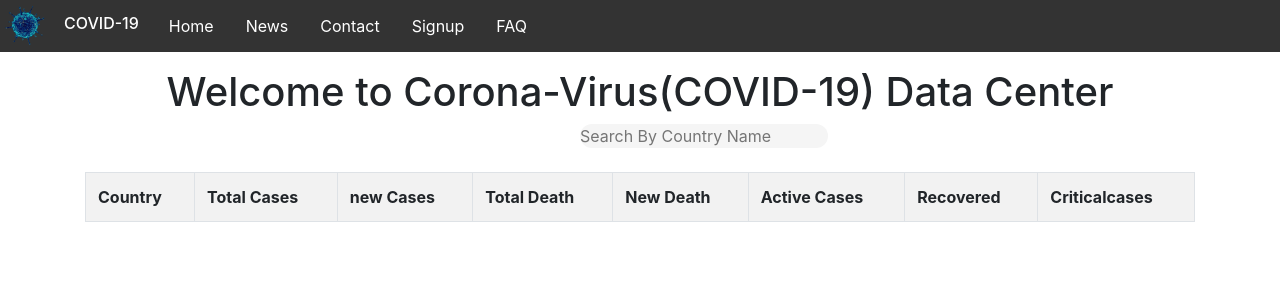
Repository: xthashankar/COVID-19-data-
Page: index.html
An editor plug-in stored every save of this project. The page is shown before and after the next save, followed by the edit.
The browser window is 1280 px wide. The pictures show the whole page.
The page's requests for data from a server got no answer.

Above is the page before, as saved 2020-04-15 19:17:24.

### index.html
<!DOCTYPE html>
<html lang="en">
<head>
    <meta charset="UTF-8">
    <meta name="viewport" content="width=device-width, initial-scale=1.0">
    <link rel="stylesheet" href="https://maxcdn.bootstrapcdn.com/bootstrap/4.4.1/css/bootstrap.min.css">
     <script src="https://ajax.googleapis.com/ajax/libs/jquery/3.4.1/jquery.min.js"></script>
     <script src="https://cdnjs.cloudflare.com/ajax/libs/popper.js/1.16.0/umd/popper.min.js"></script>
    <script src="https://maxcdn.bootstrapcdn.com/bootstrap/4.4.1/js/bootstrap.min.js"></script>
    <link rel="stylesheet" href="css/styles.css">
    <title>Document</title>
</head>
<body>
   <ul>
        <ul class="nav">
            <img src="image/coronavirus.png">
             <H6>COVID-19</H6>
            <li><a  href="#">Home</a></li>
            <li><a href="#">News</a></li>
            <li><a href="#">Contact</a></li>
            <li><a href="#">Signup</a></li>
            <div class="dropdown">
                <button class="dropbtn">FAQ
                </button>
                <div class="dropdown-content">
                  <a href="qa.html">English</a>
                  <a href="nqa.html">Nepali</a>
                </div>
            </div>
        </ul>
        </ul>
    <h1>Welcome to Corona-Virus(COVID-19) Data Center</h1>
    <input type="text" name="filter" id="search" placeholder="Search By Country Name" onkeyup="search()">
    <div class="container">

        <br>
        <table class="table table-bordered  table-striped">
            <thread>
                <tr>
                    <th>Country</th>
                    <th>Total Cases</th>
                    <th>new Cases</th>
                    <th>Total Death</th>
                    <th>New Death</th>
                    <th>Active Cases</th>
                    <th>Recovered</th>
                    <th>Criticalcases</th>
            </tr>
            </thread>
            <tbody  id="coranavirus">
            </tbody>
        </table>
    </div>
</body>
<script src="javascript/main.js"></script>
</html>

### css/styles.css
/*
body {
	font-family: 'Roboto', sans-serif;
	background-color: #eae7d9;
	margin: 0;
	padding: 0;
} */
*{
  padding: 0;
  margin: 0;
}
ul{
    list-style-type:none;
    overflow: hidden;
    background-color:#333;
}
li{
   float:right;
}
li a{

    display: block;
    color:white;
    text-align: center;
    padding: 14px 16px;
    text-decoration: none;
}
li a:hover{
    background-color: #111;
}
h1{
    text-align: center;
}
#search{

    border-radius: 10px;
    margin:5 auto;
    border-radius: 10px;
    margin-left: 580px;
    border: none;
    border-radius: 15px;
    background-color:whitesmoke;
}
img{
    width:50px;
    height:50px;
}

.navbar {
    overflow: hidden;
    background-color: #333;
  }

  .navbar a {
    float: left;
    font-size: 16px;
    color: white;
    text-align: center;
    padding: 14px 16px;
    text-decoration: none;
  }

  .dropdown {
    float: right;
    overflow: hidden;
  }

  .dropdown .dropbtn {
    font-size: 16px;
    border: none;
    outline: none;
    color: white;
    padding: 14px 16px;
    background-color: inherit;
    font-family: inherit;
    margin: 0;
  }

  .navbar a:hover, .dropdown:hover .dropbtn {
    background-color: red;
  }

  .dropdown-content {
    display: none;
    position: absolute;
    background-color: #f9f9f9;
    min-width: 160px;
    box-shadow: 0px 8px 16px 0px rgba(0,0,0,0.2);
    z-index: 1;
  }

  .dropdown-content a {
    float: none;
    color: black;
    padding: 12px 16px;
    text-decoration: none;
    display: block;
    text-align: left;
  }

  .dropdown-content a:hover {
    background-color: #ddd;
  }

  .dropdown:hover .dropdown-content {
    display: block;
  }
  .nav h6{
    margin: 14px;
    float: right;
	  color: white;
  }

### javascript/main.js
// let who='';
let URL='https://nepalcorona.info/api/v1/data/world'
fetch(URL)
.then(function(response){
   return response.json()
}).then(function(covid){
//    console.log(covid);
       if(covid.length>0)
       {
           var coviddata='';
           covid.forEach(function(data){
            // coviddata +="<tr>";
            if(data.country!="")
            {
            coviddata +="<tr><td>"+data.country+"</td>";
            coviddata +="<td>"+data.totalCases+"</td>";
            coviddata +="<td>"+data.newCases+"</td>";
            coviddata +="<td>"+data.totalDeaths+"</td>";
            coviddata +="<td>"+data.newDeaths+"</td>";
            coviddata +="<td>"+data.activeCases+"</td>";
            coviddata +="<td>"+data.totalRecovered+"</td>";
            coviddata +="<td>"+data.criticalCases+"</td></tr>";
            console.log(coviddata);
            }
            document.getElementById('coranavirus').innerHTML=coviddata;
           })
       }
   })
   //for search
function search(){
    let filter=document.getElementById("search").value.toUpperCase();
    let table=document.getElementById("coranavirus");
    let tr=table.getElementsByTagName("tr");
    for(let i=0;i<tr.length;i++)
    {
     let td=tr[i].getElementsByTagName("td")[0];
        if(td)
        {
         let txtValue=td.textContent||td.innerText;
         if(txtValue.toUpperCase().indexOf(filter)>-1)
            {
            tr[i].style.display="";
            }else
            {
            tr[i].style.display="none";
            }
        }
    }
}

After the next save:
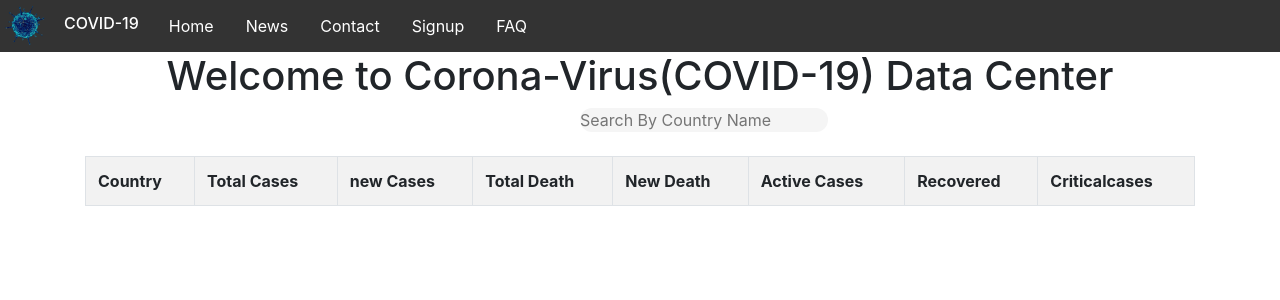
Saved 81 s later.
--- a/index.html
+++ b/index.html
@@ -11,7 +11,7 @@
     <title>Document</title>
 </head>
 <body>
-   <ul>
+
         <ul class="nav">
             <img src="image/coronavirus.png">
              <H6>COVID-19</H6>
@@ -28,7 +28,7 @@
                 </div>
             </div>
         </ul>
-        </ul>
+
     <h1>Welcome to Corona-Virus(COVID-19) Data Center</h1>
     <input type="text" name="filter" id="search" placeholder="Search By Country Name" onkeyup="search()">
     <div class="container">

After the 3 saves that followed:
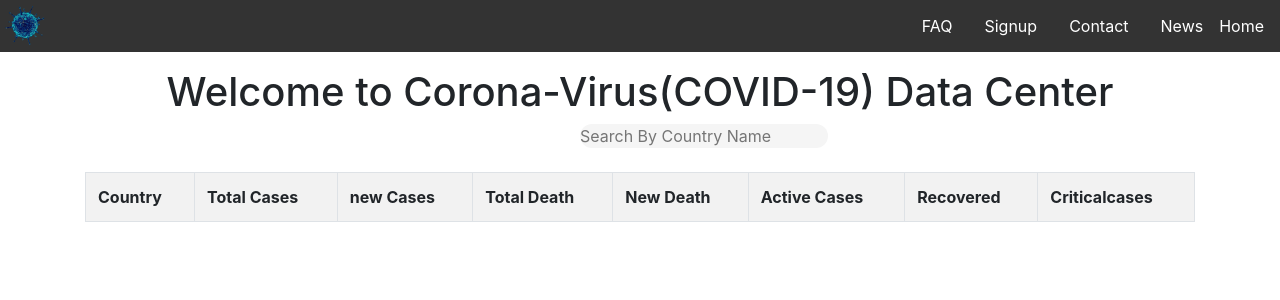
The 3 saves are shown as one change because 2 left the picture as it was.
The last was saved 2 min 37 s later.
--- a/index.html
+++ b/index.html
@@ -11,7 +11,7 @@
     <title>Document</title>
 </head>
 <body>
-
+<!--
         <ul class="nav">
             <img src="image/coronavirus.png">
              <H6>COVID-19</H6>
@@ -26,8 +26,23 @@
                   <a href="qa.html">English</a>
                   <a href="nqa.html">Nepali</a>
                 </div>
-            </div>
-        </ul>
+
+        </ul> -->
+        <div>
+            <ul>
+                <img src="image/coronavirus.png">
+                <li><a class="nav" href="#">Home</a></li>
+                <li><a href="#">News</a></li>
+                <li><a href="#">Contact</a></li>
+                <li><a href="#">Signup</a></li>
+                <div class="dropdown">
+                    <button class="dropbtn">FAQ
+                    </button>
+                    <div class="dropdown-content">
+                      <a href="qa.html">English</a>
+                      <a href="nqa.html">Nepali</a>
+                    </div>
+            </ul></div>
 
     <h1>Welcome to Corona-Virus(COVID-19) Data Center</h1>
     <input type="text" name="filter" id="search" placeholder="Search By Country Name" onkeyup="search()">
--- a/css/styles.css
+++ b/css/styles.css
@@ -105,7 +105,7 @@ img{
   .dropdown:hover .dropdown-content {
     display: block;
   }
-  .nav h6{
+   h6{
     margin: 14px;
     float: right;
 	  color: white;
